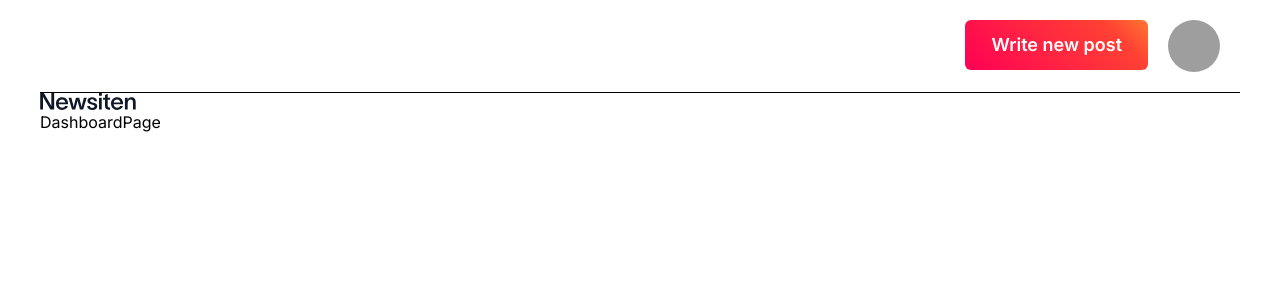
Repository: BrianPhamDev/Blog-App
Page: /dashboard
The author's editor kept a copy of each file at every save. The page is drawn from the files as they stood at one save, then again after the next save.
The browser window is 1280 px wide. The pictures show the whole page.
Pictures or frames that could not be fetched are drawn as grey boxes. The project was rebuilt for these pictures with package versions that can differ from the ones it lists, and the page was loaded fresh each time. Also part of the build but not shown: src/pages/signUpPage/signUpPage.scss, src/components/label/label.scss, src/components/label/Label.js, src/components/input/input.scss, src/components/input/Input.js, src/components/input/InputPasswordToggle.js, src/components/input/index.js, src/pages/authenticationPage/authenticationPage.scss and 23 more. Imported but missing from the stored project, and not drawn on this page: src/components/icons.

Above is the page before, as saved 2023-08-02 17:12:33.

After the next save:
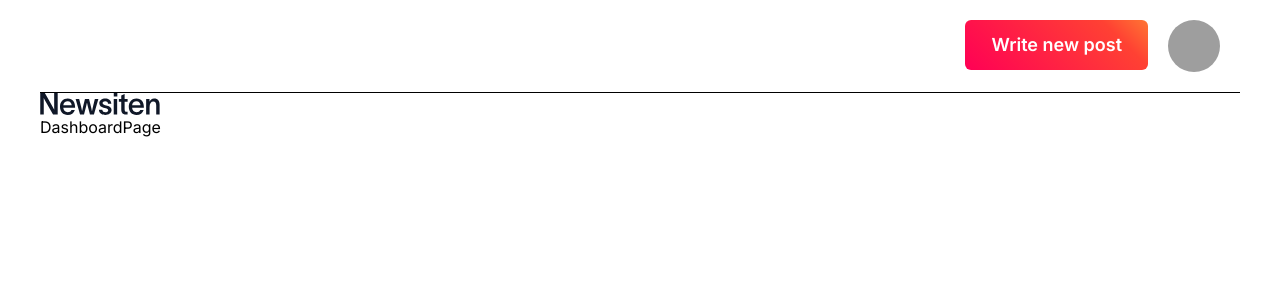
Saved 9 s later.
--- a/src/module/dashboard/Sidebar.js
+++ b/src/module/dashboard/Sidebar.js
@@ -109,7 +109,7 @@ const Sidebar = ({ children }) => {
   return (
     <div className="sidebar-wrapper">
       <div className="sidebar-logo">
-        <img src="./Logo.svg" alt="Newsiten" className="w-24" />
+        <img src="./Logo.svg" alt="Newsiten" className="w-[120px]" />
       </div>
     </div>
   );
